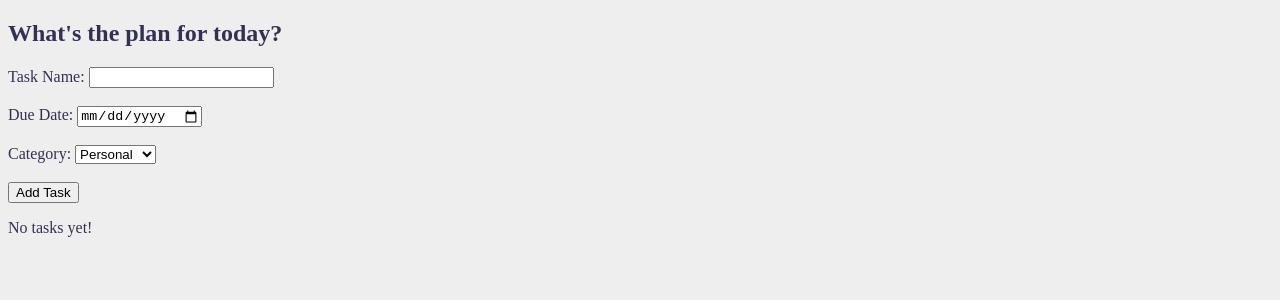
Repository: comp426-2023-spring/a99-SnowPile
Page: http://localhost/
These files come from the project's save history. The page is drawn as it stood at one moment and after the next save; the edit follows.
The browser window is 1280 px wide. The pictures show the whole page.
The page is served by the project's Node server (app.js).

Above is the page before, as saved 2023-04-15 20:22:30.

### frontend/views/index.ejs
<!DOCTYPE html>
<html>
  <head>
    <title>Todo List</title>
    <!-- CSS import -->
    <link rel="stylesheet" type="text/css" href="/style/index.css"/>
  </head>
  <body>
    <!-- Greeting -->
    <section class="greeting">
      <h2>What's the plan for today?</h2>
    </section>


    <form action="/addTask" method="POST">
      <label for="taskName">Task Name:</label>
      <input type="text" id="taskName" name="taskName" required><br><br>

      <label for="dueDate">Due Date:</label>
      <input type="date" id="dueDate" name="dueDate" required><br><br>

      <label for="category">Category:</label>
      <select id="category" name="category">
        <option value="Personal">Personal</option>
        <option value="Academic">Academic</option>
        <option value="Work">Work</option>
      </select><br><br>

      <input type="submit" value="Add Task">
    </form>

    <% if (tasks.length === 0) { %>
      <p>No tasks yet!</p>
    <% } else { %>
      <table>
        <tr>
          <th>Task Name</th>
          <th>Due Date</th>
          <th>Category</th>
          <th>Edit</th>
        </tr>
        <% for (let i = 0; i < tasks.length; i++) { %>
          <tr>
            <td><%= tasks[i].name %></td>
            <td><%= tasks[i].due %></td>
            <td><%= tasks[i].category %></td>
            <td>
              <form action="/editTask/<%= i %>" method="POST">
                <input type="text" name="taskName" value="<%= tasks[i].name %>" required>
                <input type="date" name="dueDate" value="<%= tasks[i].due %>" required>
                <input type="submit" value="Edit">
              </form>
            </td>
          </tr>
        <% } %>
      </table>
    <% } %>
  </body>
</html>

### frontend/app.js
const express = require('express');
const bodyParser = require('body-parser');
const app = express();
const port = 3000;

// set up body-parser middleware
app.use(bodyParser.urlencoded({ extended: false }));

// set up view engine
app.set('view engine', 'ejs');

// set up static folder
app.use(express.static('public'));

// initialize tasks array
let tasks = [];

// render index page with tasks array
app.get('/', (req, res) => {
  res.render('index', { tasks: tasks });
});

// create new task and add to tasks array
app.post('/addTask', (req, res) => {
  const taskName = req.body.taskName;
  const dueDate = req.body.dueDate;
  const category = req.body.category;

  const newTask = {
    name: taskName,
    due: dueDate,
    category: category,
  };

  tasks.push(newTask);
  res.redirect('/');
});

// edit existing task
app.post('/editTask/:id', (req, res) => {
  const id = req.params.id;
  const taskName = req.body.taskName;
  const dueDate = req.body.dueDate;

  tasks[id].name = taskName;
  tasks[id].due = dueDate;

  res.redirect('/');
});

// start server
app.listen(port, () => {
  console.log(`App listening at http://localhost:${port}`);
});

### frontend/style/index.css
body {
	background: #EEE;
	color: #313154;

}
h2{
    color: #313154;
}

### frontend/public/style.css
body {
	background: #EEE;
	color: #313154;

}
h2{
    color: #313154;
}

After the next save:
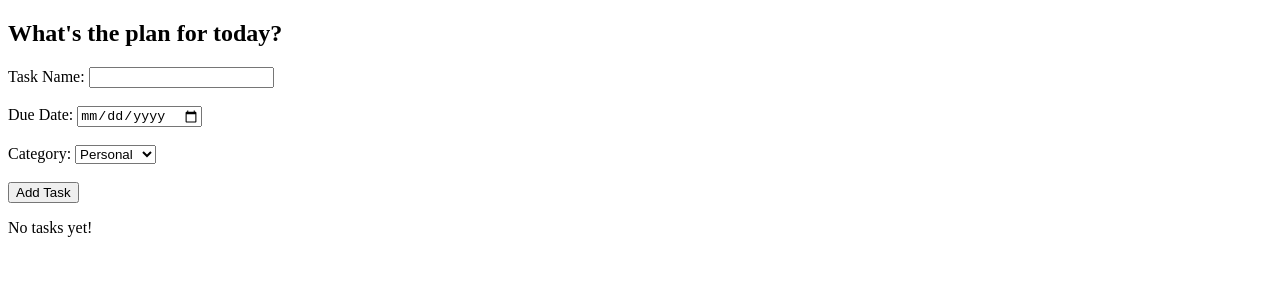
Not found: frontend/index.css
Saved 2 min 42 s later.
--- a/frontend/views/index.ejs
+++ b/frontend/views/index.ejs
@@ -3,7 +3,7 @@
   <head>
     <title>Todo List</title>
     <!-- CSS import -->
-    <link rel="stylesheet" type="text/css" href="/style/index.css"/>
+    <link rel="stylesheet" type="text/css" href="index.css"/>
   </head>
   <body>
     <!-- Greeting -->

After the 3 saves that followed:
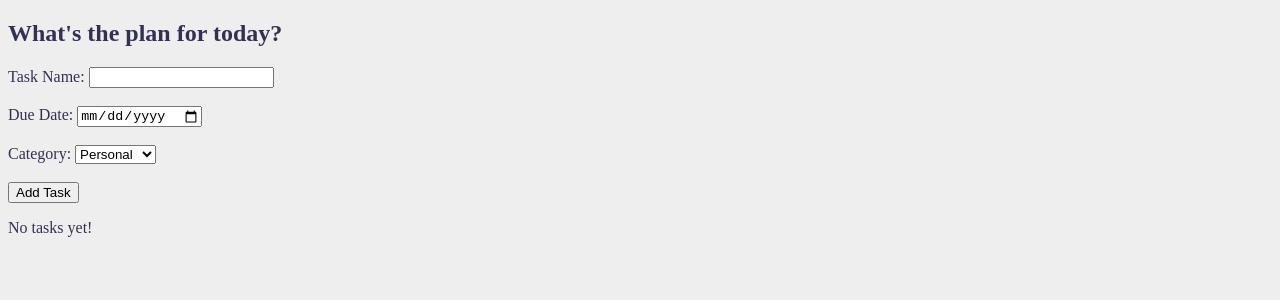
The 3 saves are shown as one change because 2 left the picture as it was.
The last was saved 4 min 22 s later.
--- a/frontend/views/index.ejs
+++ b/frontend/views/index.ejs
@@ -3,7 +3,7 @@
   <head>
     <title>Todo List</title>
     <!-- CSS import -->
-    <link rel="stylesheet" type="text/css" href="index.css"/>
+    <link rel="stylesheet" type="text/css" href="/style.css"/>
   </head>
   <body>
     <!-- Greeting -->
